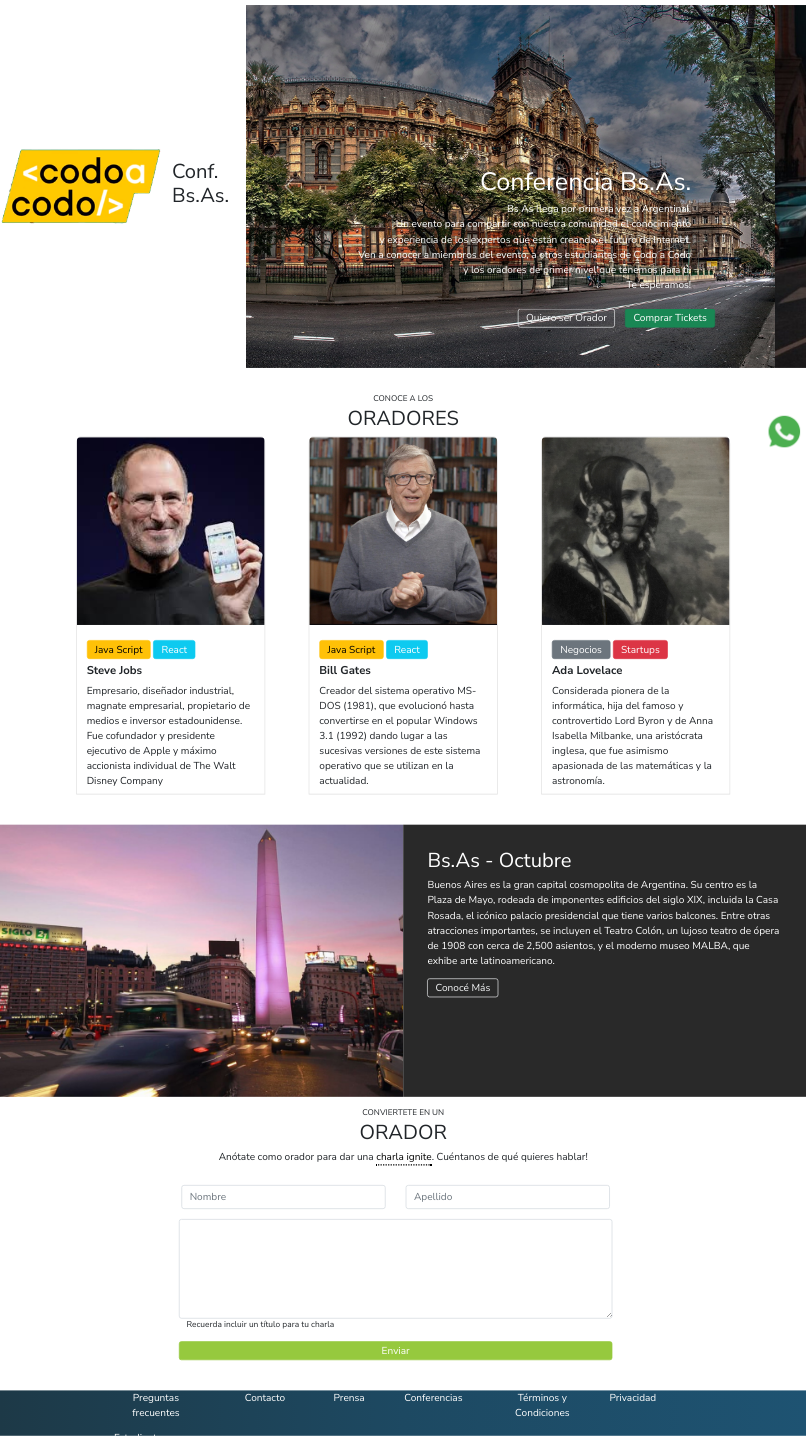
Repository: Melire/trabajo-final-BS
Page: index.html
The author's editor kept a copy of each file at every save. The page is drawn from the files as they stood at one save, then again after a run of saves.
The browser window is 1280 px wide. The pictures show the whole page, at 63% of full size.

Above is the page before, as saved 2023-05-11 18:09:06.

### index.html
<!DOCTYPE html>
<html lang="es">

<head>
    <meta charset="UTF-8">
    <meta http-equiv="X-UA-Compatible" content="IE=edge">
    <meta name="viewport" content="width=device-width, initial-scale=1.0">
    <title>Proyecto Melisa Renovales Wolcan</title>
    <link rel="shortcut icon" href="favicon.ico" type="image/x-icon">
    <link href="https://cdn.jsdelivr.net/npm/bootstrap@5.0.2/dist/css/bootstrap.min.css" rel="stylesheet"
        integrity="sha384-EVSTQN3/azprG1Anm3QDgpJLIm9Nao0Yz1ztcQTwFspd3yD65VohhpuuCOmLASjC" crossorigin="anonymous">
    <link rel="stylesheet" href="./css/estilos3.css">

</head>

<body>
    <header class="header">
        <nav class="navbar navbar-expand-lg navbar-dark">
            <!--Logo-->
            <a class="navbar-brand" href="https://www.buenosaires.gob.ar/educacion/codo-codo" target="_blank">
                    <img src="./assets/img/codoacodo.png" alt="Logo" width="">
                </a>
                <h2>Conf. Bs.As.</h2>
            </div>
        <!--<div class="headerNav">
            <div class="contenedorLogo">
                <a href="https://www.buenosaires.gob.ar/educacion/codo-codo" target="_blank">
                    <img src="./assets/img/codoacodo.png" alt="Logo">
                </a>
                <h2>Conf. Bs.As.</h2>
            </div>
            <!--barra de navegacion BS
            <div class="contenedorLogo">
                <a href="https://www.buenosaires.gob.ar/educacion/codo-codo" target="_blank">
                    <img src="./assets/img/codoacodo.png" alt="Logo">
                </a>
                <h2>Conf. Bs.As.</h2>
            </div>


                <ul class="nav">
                    <li class="nav-item">
                        <a class="nav-link active" aria-current="page" href="#laConferencia">La Conferencia</a>
                    </li>
                    <li class="nav-item">
                        <a class="nav-link" href="#losOradores">Los Oradores</a>
                    </li>
                    <li class="nav-item">
                        <a class="nav-link" href="#lugarYfecha">Lugar y La Fecha</a>
                    </li>
                    <li class="nav-item">
                        <a class="nav-link" href="#convierteteEnOrador">Conviértete en Orador</a>
                    </li>
                    <a class="nav-link color" href="./pages/comprar_tickets.html">Comprar tickets</a>
                    </li>
                </ul>
            </nav>
-->
        </div>
        <!--comportamientos carrousel BS-->
        <section id="laConferencia" class="contenedorCarousel">
            <div id="carouselExampleCaptions" class="carousel slide" data-bs-ride="carousel">
                <div class="carousel-indicators">
                    <div class="carouselNone">
                        <button type="button" data-bs-target="#carouselExampleCaptions" data-bs-slide-to="0"
                            class="active" aria-current="true" aria-label="Slide 1"></button>
                        <button type="button" data-bs-target="#carouselExampleCaptions" data-bs-slide-to="1"
                            aria-label="Slide 2"></button>
                        <button type="button" data-bs-target="#carouselExampleCaptions" data-bs-slide-to="2"
                            aria-label="Slide 3"></button>
                    </div>

                    <!--botones carrousel-->
                    <nav class="container">
                        <div class="botonesCabecera">
                            <a href="#convierteteEnOrador" button type="button" class="btn btn-outline-light">Quiero ser
                                Orador</a>
                            <div class="botonTickets">
                                <a href="./pages/comprar_tickets.html" button type="button"
                                    class="btn btn-success">Comprar
                                    Tickets</a>
                            </div>
                        </div>
                    </nav>
                </div>
                <!--textos y fotos carrousel BS-->
                <div class="carousel-inner">
                    <div class="carousel-item active">
                        <img src="./assets/img/ba1.jpg" class="d-block w-100" alt="Palacio del agua">
                        <div class="carousel-caption d-none d-md-block">
                            <h5 class="texto"> Conferencia Bs.As.</h5>
                            <p> Bs As llega por primera vez a Argentina!.<br /> Un evento para compartir con nuestra
                                comunidad el conocimiento<br /> y experiencia de los expertos que están creando el
                                futuro de Internet.<br />
                                Ven a conocer a miembros del evento, a otros estudiantes de Codo a Codo<br /> y los
                                oradores de primer nivel que tenemos para ti.<br />Te esperamos!</p>
                        </div>
                    </div>
                    <div class="carousel-item">
                        <img src="./assets/img/ba2.jpg" class="d-block w-100" alt="obelisco">
                        <div class="carousel-caption d-none d-md-block">
                            <h5 class="texto">Paseos en bus</h5>
                            <p>Tenemos la mejor selección de tours en español en Argentina<br />
                                ¡y al mejor precio! Descubre todo lo que puedes hacer en la Ciudad de Buenos
                                Aires!<br />
                                Veni a conocer un mágico Buenos Aires<br /> Te invitamos a conocer las costumbres y
                                gastronomía de la vida porteña de antaño</p>
                        </div>
                    </div>
                    <div class="carousel-item">
                        <img src="./assets/img/ba3.jpg" class="d-block w-100" alt="Diagonal sur">
                        <div class="carousel-caption d-none d-md-block">
                            <h5 class="texto">Visitas guiadas en edificios históricos</h5>
                            <p>En nuestras caminatas guiadas,<br /> recorremos los edificios mas hermosos de la
                                ciudad,<br /> llenos de histrorias y misterios.<br /> No te lo pierdas!</p>
                        </div>
                    </div>
                </div>

                <button class="carousel-control-prev" type="button" data-bs-target="#carouselExampleCaptions"
                    data-bs-slide="prev">
                    <span class="carousel-control-prev-icon" aria-hidden="true"></span>
                    <span class="visually-hidden">Previous</span>
                </button>
                <button class="carousel-control-next" type="button" data-bs-target="#carouselExampleCaptions"
                    data-bs-slide="next">
                    <span class="carousel-control-next-icon" aria-hidden="true"></span>
                    <span class="visually-hidden">Next</span>
                </button>
            </div>
        </section>
    </header>

    <!--Oradores BS-->
    <main>
        <section id="losOradores" class="sectionOradores">
            <h2><span class=tituloCh>CONOCE A LOS</span> <br> ORADORES</h2>
            <div class="padreCards">
                <div class="container row row-cols-1 row-cols-md-3 g-3">
                    <div class="col">
                        <div class="card h-100">
                            <img src="./assets/img/steve.jpg" class="card-img-top" alt="Steve Jobs">
                            <div class="buttonsCard">
                                <button type="button" class="btn btn-warning">Java Script</button>
                                <button type="button" class="btn btn-info">React</button>

                            </div>

                            <div class="card-body">
                                <h5 class="card-title"><span>Steve Jobs</span></h5>
                                <p class="card-text">Empresario, diseñador industrial, magnate empresarial, propietario
                                    de medios e inversor
                                    estadounidense. Fue cofundador y presidente ejecutivo de Apple​ y máximo accionista
                                    individual de The Walt Disney Company</p>
                            </div>
                        </div>
                    </div>

                    <div class="col">
                        <div class="card h-100">
                            <img src="./assets/img/bill.jpg" class="card-img-top" alt="Bill Gates">
                            <div class="buttonsCard">
                                <button type="button" class="btn btn-warning">Java Script</button>
                                <button type="button" class="btn btn-info">React</button>
                            </div>
                            <div class="card-body">
                                <h5 class="card-title">Bill Gates</h5>
                                <p class="card-text">Creador del sistema operativo MS-DOS (1981), que evolucionó hasta
                                    convertirse en el popular
                                    Windows 3.1 (1992) dando lugar a las sucesivas versiones de este sistema operativo
                                    que se
                                    utilizan en la actualidad.</p>
                            </div>
                        </div>
                    </div>
                    <div class="col">
                        <div class="card h-100">
                            <img src="./assets/img/ada.jpeg" class="card-img-top" alt="Ada Lovelace">
                            <div class="buttonsCard">
                                <button type="button" class="btn btn-secondary">Negocios</button>
                                <button type="button" class="btn btn-danger">Startups</button>
                            </div>
                            <div class="card-body">
                                <h5 class="card-title">Ada Lovelace</h5>
                                <p class="card-text">Considerada pionera de la informática, hija del famoso y
                                    controvertido Lord Byron y de Anna
                                    Isabella Milbanke, una aristócrata inglesa, que fue asimismo apasionada de las
                                    matemáticas y
                                    la astronomía.</p>
                            </div>
                        </div>
                    </div>
                </div>
            </div>
        </section>
        <section id="lugarYfecha" class="container-fluid">
            <div class="row">
                <div class="col-sm-12 col-md-6 colIzq">

                </div>
                <div class="col-sm-12 col-md-6 colDer">
                    <h2>Bs.As - Octubre</h2>
                    <p>Buenos Aires es la gran capital cosmopolita de Argentina. Su centro es la Plaza de Mayo, rodeada
                        de imponentes edificios del siglo XIX, incluida la Casa Rosada, el icónico palacio presidencial
                        que tiene varios balcones. Entre otras atracciones importantes, se incluyen el Teatro Colón, un
                        lujoso teatro de ópera de 1908 con cerca de 2,500 asientos, y el moderno museo MALBA, que exhibe
                        arte latinoamericano.</p>
                    <a href=""><button type="button" class="btn btn-outline-light">Conocé Más</button></a>
                </div>
        </section>



        <!--Formulario Orador-->
        <section id="convierteteEnOrador" class="formularioOrador container row-cols-1">
            <form>
                <h2><span class="tituloCh"> CONVIERTETE EN UN </span> <br> ORADOR</h2>
                <p>Anótate como orador para dar una <a href="" class="charla">charla ignite</a>.
                    Cuéntanos de qué quieres hablar!</p>

                <div class="mb-3">
                    <div class="datosUser container row ">
                        <div class="imputName col-sm-12  col-md-6 col-lg-4">
                            <input type="text" class="form-control" id="Nombre" placeholder="Nombre">
                        </div>
                        <div class="imputName col-sm-12  col-md-6 col-lg-4">
                            <input type="text" class="form-control" id="Apellido" placeholder="Apellido">
                        </div>

                        <div class="container row col-sm-12  col-md-8 col-lg-8">
                            <textarea class="form-control " id="exampleFormControlTextarea1" rows="6"
                                placeholder="Sobre que quieres hablar?">
                            </textarea>
                                <p class="finalForm">Recuerda incluir un título para tu charla</p>
                        </div>

                            <div class="d-grid gap-2 col-sm-12  col-md-8 col-lg-8">
                                <button class="btn btn-success-color">Enviar</button>
                            </div>
                    </div>
                </div>
            </form>
        </section>
    </main>


    <!--footer BS-->
    <footer class="footer container-fluid mt-5">
        <div class="contenedorFooter row text-center gap-3 w-75 h-100 mx-auto">
            <a class="col-sm-12 col-md-2" href="#Preguntas frecuentes">Preguntas frecuentes</a>
            <a class="col-sm-12 col-md-2" href="#contacto">Contacto</a>
            <a class="col-sm-12 col-md-1" href="#prensa">Prensa</a>
            <a class="col-sm-12 col-md-2" href="#conferencias">Conferencias</a>
            <a class="col-sm-12 col-md-2" href="#condiciones">Términos y Condiciones</a>
            <a class="col-sm-12 col-md-1" href="#privacidad">Privacidad</a>
            <a class="col-sm-12 col-md-1" href="#estudiantes">Estudiantes</a>
        </div>
        <a href=""><img class="wsp" src="./assets/img/whatsapp.png" alt="what"></a>
    </footer>
    <script src="https://cdn.jsdelivr.net/npm/bootstrap@5.0.2/dist/js/bootstrap.bundle.min.js"
        integrity="sha384-MrcW6ZMFYlzcLA8Nl+NtUVF0sA7MsXsP1UyJoMp4YLEuNSfAP+JcXn/tWtIaxVXM"
        crossorigin="anonymous"></script>
</body>

</html>

Loaded but not shown: css/estilos3.css (644 lines, source omitted)

After the next 3 saves:
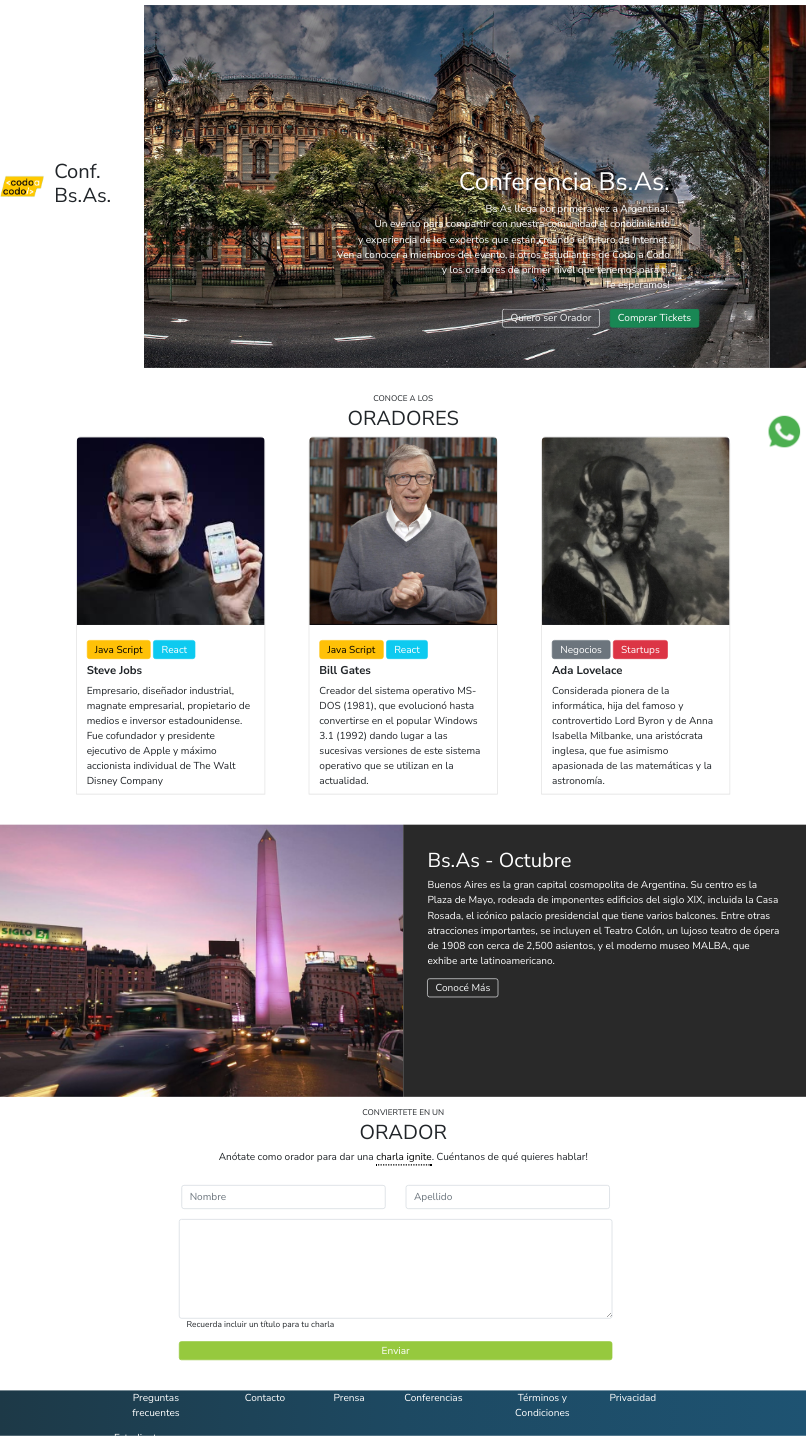
The 3 saves are shown as one change because they came seconds apart.
The last was saved 7 s later.
--- a/index.html
+++ b/index.html
@@ -18,7 +18,7 @@
         <nav class="navbar navbar-expand-lg navbar-dark">
             <!--Logo-->
             <a class="navbar-brand" href="https://www.buenosaires.gob.ar/educacion/codo-codo" target="_blank">
-                    <img src="./assets/img/codoacodo.png" alt="Logo" width="">
+                    <img src="./assets/img/codoacodo.png" alt="Logo" width="70px">
                 </a>
                 <h2>Conf. Bs.As.</h2>
             </div>
